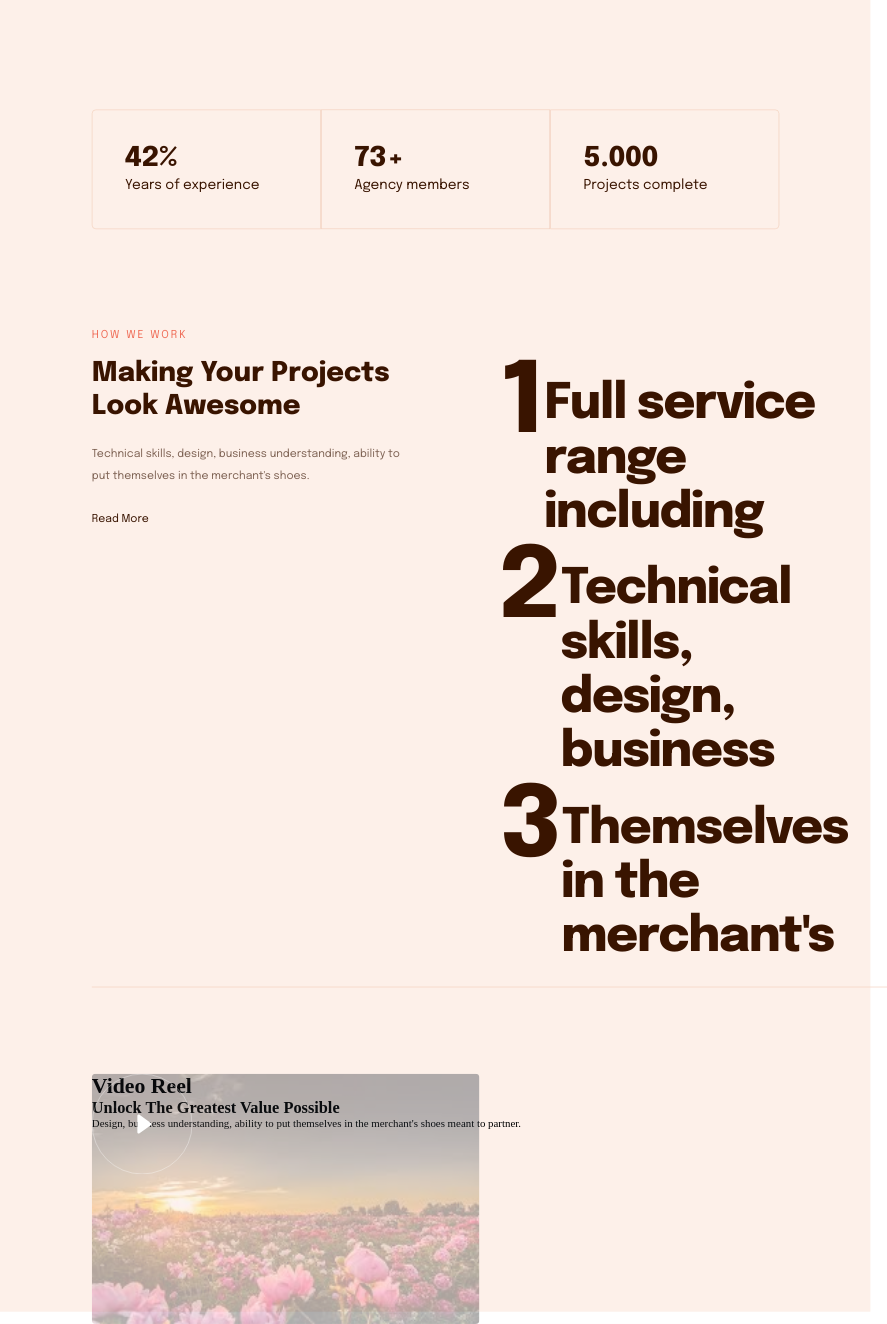
Repository: AytacJafarova/task2
Page: index.html
The author's editor kept a copy of each file at every save. The page is drawn from the files as they stood at one save, then again after the next save.
The browser window is 1280 px wide. The page is 1305 px wide, so the pictures cover 1305 px, including what lies to the right of the window. The pictures show the whole page, at 68% of full size.

Above is the page before, as saved 2023-08-01 14:18:25.

### index.html
<!DOCTYPE html>
<html lang="en">

<head>
    <meta charset="UTF-8">
    <meta name="viewport" content="width=device-width, initial-scale=1.0">
    <title>Document</title>
    <link rel="stylesheet" href="./index.css">
</head>

<body>
    <div class="container">
        <div class="projects">
            <ul>
                <li>

                    <h1>42%</h1>
                    <p>Years of experience</p>
                </li>
                <li>
                    <h1>73+</h1>
                    <p>Agency members</p>
                </li>
                <li>
                    <h1>5.000</h1>
                    <p>Projects complete</p>
                </li>
            </ul>
        </div>
        <div class="work">
            <div class="box1">
                <h1>How we work</h1>
                <h2>Making Your Projects <br> Look Awesome</h2>
                <p>Technical skills, design, business understanding, ability to put themselves in the
                    merchant's shoes.</p>
                <a href="#">Read More</a>
            </div>
            <div class="box2">
                <ul>
                    <li>
                        <h1>1</h1>
                        <p>Full service range including</p>
                    </li>
                    <li>
                        <h1>2</h1>
                        <p>Technical skills, design, business</p>
                    </li>
                    <li>
                        <h1>3</h1>
                        <p>Themselves in the merchant's</p>
                    </li>
                </ul>
                <!-- <ul>
                    <li>1</li>
                    <li>2</li>
                    <li>3</li>
                </ul>
                <div class="texts">
                    <h1></h1>
                    <h1></h1>
                    <h1></h1>
                </div> -->
            </div>
        </div>
        <div class="border"></div>
        <div class="video">
            <div class="video-img">
                <img class="first" src="./images/images.jpg" alt="">
                <img src="./images/play.svg" alt="">
            </div>
            <div class="texts">
                <h1>Video Reel</h1>
                <h2>Unlock The Greatest Value Possible</h2>
                <p>Design, business understanding, ability to put themselves in the merchant's shoes meant to partner.
                </p>
            </div>
        </div>
    </div>
</body>

</html>

### index.css
@import url('https://fonts.googleapis.com/css2?family=Epilogue:wght@400;800&display=swap');
* {
    padding: 0;
    margin: 0;
    box-sizing: border-box;
}
.container {
    padding: 161px 134px 268px 135px;
    background: #FDF0E9;
}
.projects ul {
    display: flex;
    /* border-radius: 6px 0px 0px 6px; */
}
.projects ul li {
    display: flex;
    flex-direction: column;
    justify-content: center;
    list-style-type: none;
border: 1px solid #F3D1BF;
width: 33.33%;
height: 176px;
padding-left: 48px;
}
li:first-child{
border-radius: 6px 0px 0px 6px;
}
li:last-child{
border-radius: 0px 6px 6px 0px;
}


.projects ul li h1 {
    color: var(--text-dark, #391400);
font-feature-settings: 'clig' off, 'liga' off;
font-family: Epilogue;
font-size: 40px;
font-style: normal;
font-weight: 800;
line-height: 48px;
}
.projects ul li p {
    color: var(--text-dark, #391400);
font-feature-settings: 'clig' off, 'liga' off;
font-family: Epilogue;
font-size: 20px;
font-style: normal;
font-weight: 400;
line-height: 32px;
}
.work {
    display:flex ;
    margin-top: 140px;
}
.box1 h1 {
    color: var(--text-dark-accent, #EF6D58);
font-feature-settings: 'clig' off, 'liga' off;
font-family: Epilogue;
font-size: 16px;
font-style: normal;
font-weight: 400;
line-height: 32px;
letter-spacing: 3px;
text-transform: uppercase;
margin-bottom: 17px;
}
.box1 h2 {
    color: var(--text-dark, #391400);
font-feature-settings: 'clig' off, 'liga' off;
font-family: Epilogue;
font-size: 40px;
font-style: normal;
font-weight: 800;
line-height: 48px;
margin-bottom: 30px;
}
.box1 p {
    width: 470px;
height: 68px;
flex-shrink: 0;
    color: var(--text-dark-gray, rgba(57, 20, 0, 0.64));
font-feature-settings: 'clig' off, 'liga' off;
font-family: Epilogue;
font-size: 16px;
font-style: normal;
font-weight: 400;
line-height: 32px;
margin-bottom: 28px;
}
.box1 a {
    color: var(--text-dark, #391400);
font-feature-settings: 'clig' off, 'liga' off;
font-family: Epilogue;
font-size: 16px;
font-style: normal;
font-weight: 400;
line-height: 32px;
text-decoration: none;
}
.box2 {
    display: flex;
    margin-left: 130px;
    margin-top: 78px;
}
.box2 ul li {
    display: flex;
    list-style-type: none;
    color: #391400;
font-feature-settings: 'clig' off, 'liga' off;
font-family: Epilogue;
font-size: 72px;
font-style: normal;
font-weight: 800;
line-height: 80px;
letter-spacing: -2px;
margin-bottom: 32px;
}
.box2 .texts h1 {
    color: var(--text-dark, #391400);
font-feature-settings: 'clig' off, 'liga' off;
font-family: Epilogue;
font-size: 24px;
font-style: normal;
font-weight: 700;
line-height: 32px;
margin-bottom: 80px;
margin-top: 20px;
margin-left: 54px;
}
.border {
    width: 1170px;
height: 1px;
flex-shrink: 0;
background: #F3D1BF;
}
.video {
    display: flex;
    margin-top:127px;
}
.video .video-img .first  {
    width: 570px;
    height: 368px;
    flex-shrink: 0;
    border-radius: 6px;
opacity: 0.318057119846344;
background: #5C2000;
}
.video .video-img  img {
    width: 148px;
height: 148px;
flex-shrink: 0;
color: FFFFF;
margin-bottom: 0;
position: absolute;
}
.video-img {
    position: relative;
}

After the next save:
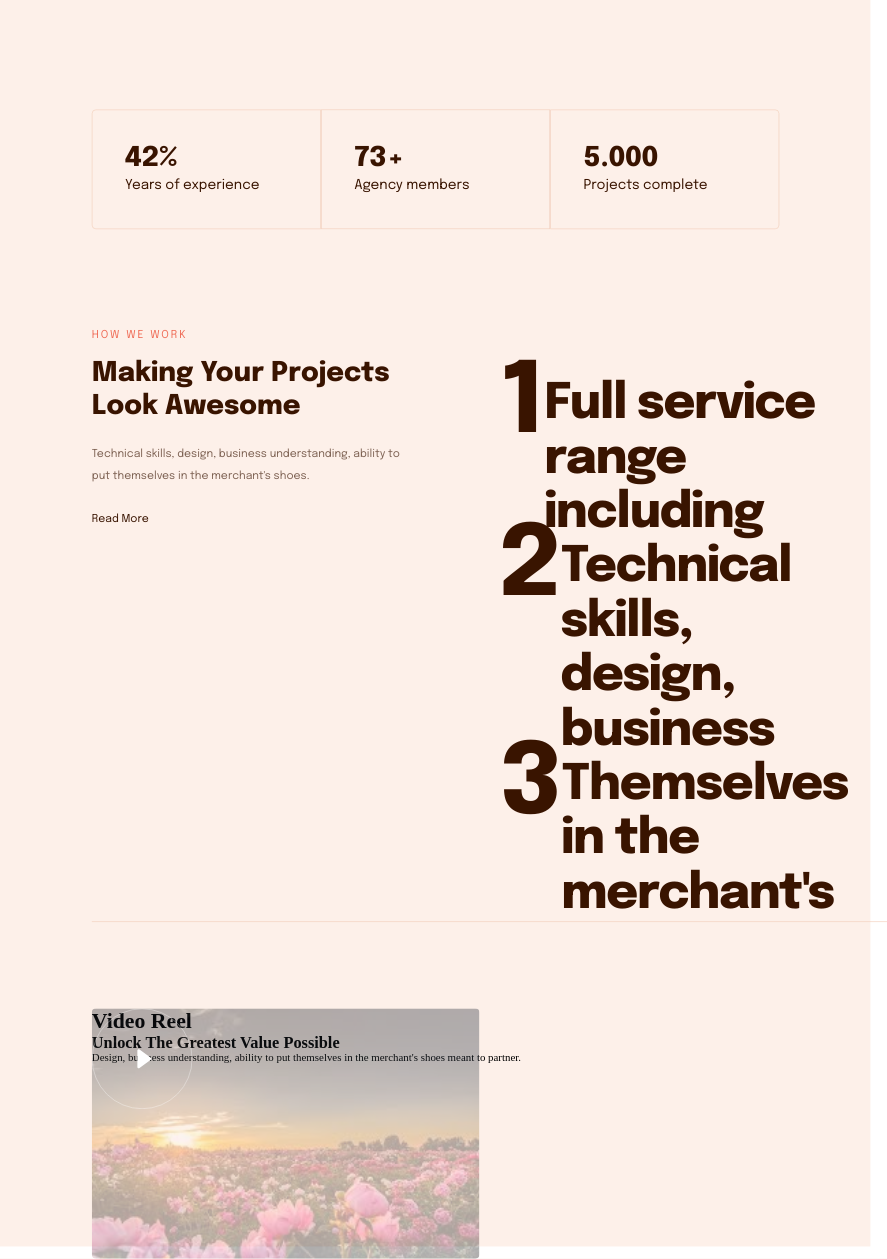
Saved 4 s later.
--- a/index.css
+++ b/index.css
@@ -113,7 +113,7 @@ font-style: normal;
 font-weight: 800;
 line-height: 80px;
 letter-spacing: -2px;
-margin-bottom: 32px;
+/* margin-bottom: 32px; */
 }
 .box2 .texts h1 {
     color: var(--text-dark, #391400);
